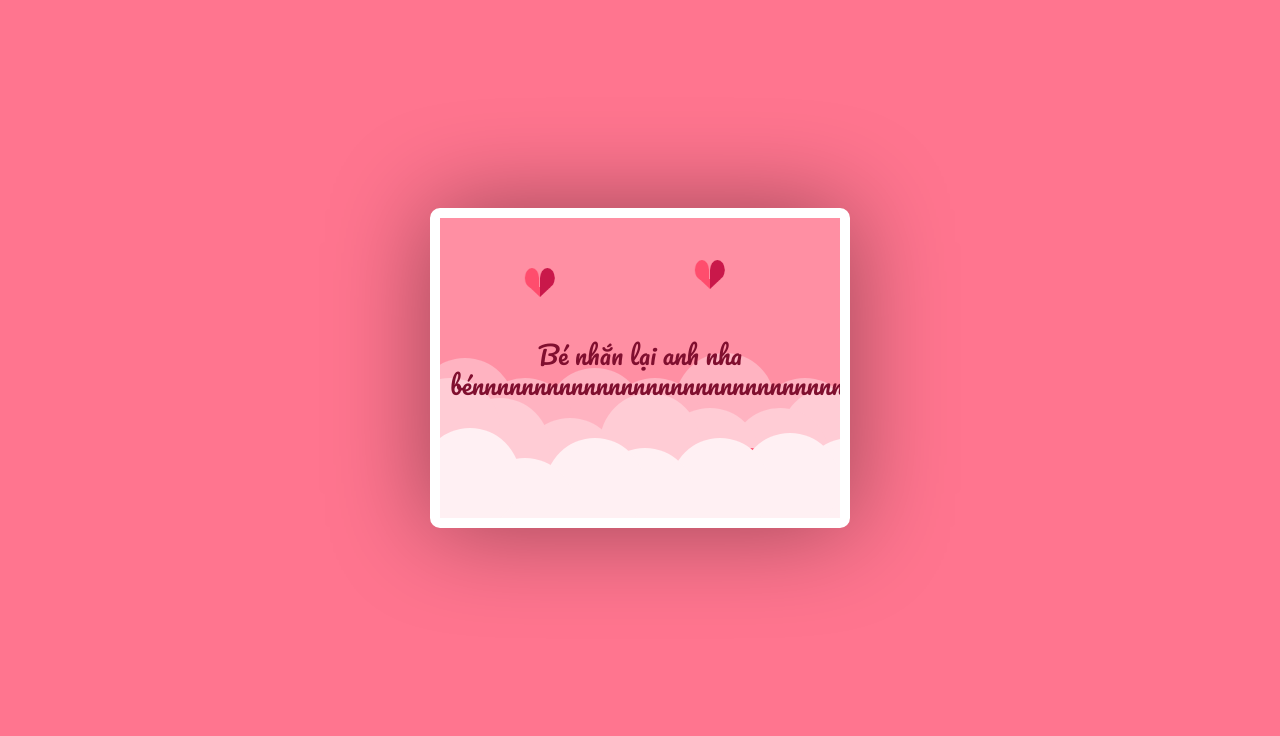
Repository: namtrung123456789/trannamtrung
Page: style.html
The author's editor kept a copy of each file at every save. The page is drawn from the files as they stood at one save, then again after the next save.
The browser window is 1280 px wide. The pictures show the whole page.
The pointer rests on the first visible `.text`.

Above is the page before, as saved 2024-07-28 19:59:02.

### style.html
<!DOCTYPE html>
<html lang="en">
<head>
    <meta charset="UTF-8">
    <meta name="viewport" content="width=device-width, initial-scale=1.0">
    <link rel="stylesheet" href="main.css">
    <title>Anh xin lỗi bé</title>
</head>
<body>
    <div class="happy-valentines">
        <div class="valentines-day-card">
          <div class="clouds"></div>
          <div class="hearts">
            <div class="heartOne">
              <div class="left-side"></div>
              <div class="right-side"></div>
            </div>
            <div class="heartTwo">
              <div class="left-side"></div>
              <div class="right-side"></div>
            </div>
                <div class="heartThree">
              <div class="left-side"></div>
              <div class="right-side"></div>
            </div>
             <div class="heartFour">
              <div class="left-side"></div>
              <div class="right-side"></div>
            </div>
             <div class="heartFive">
             <div class="left-side"></div>
              <div class="right-side"></div>
            </div>
          </div>
          <div class="text"><span>Anh xin lỗi bé</br> Trúc Ly nhiều</div>
        </div>

        </div>
</body>
</html>

### main.css
@import url('https://fonts.googleapis.com/css2?family=Pacifico&display=swap');

body {
  height: 100vh;
  display: flex;
  align-items: center;
  justify-content: center;
  background-color: #ff758f;
}

.valentines-day-card {
  position: relative;
  width: 400px;
  height: 300px;
  background-color: #ff8fa3;
  overflow: hidden;
  border:10px solid white;
  border-radius:10px;
  box-shadow: 0 0 100px rgba(0,0,0,.4);
}

.valentines-day-card:before {
  content:"";
  position: absolute;
  background-color: #ffb3c1;
  width:100px;
  height:100px;
  border-radius:50%;
  top:140px;
  left:-25px;
  box-shadow:60px 20px #ffb3c1,130px 10px #ffb3c1, 190px 20px #ffb3c1,260px -5px #ffb3c1, 340px 20px #ffb3c1;
}

.valentines-day-card:after {
  content:"";
  position: absolute;
  background-color: #ffccd5;
  width:100px;
  height:100px;
  border-radius:50%;
  top:160px;
  left:-40px;
  box-shadow: 50px 20px #ffccd5,120px 40px #ffccd5, 200px 15px #ffccd5,260px 30px #ffccd5, 330px 30px #ffccd5,380px 10px #ffccd5;
}

.clouds {
  position: absolute;
  width:100px;
  height:100px;
  border-radius:50%;
  background-color: #fff0f3;
  z-index:5;
  top:210px;
  left:-20px;
  box-shadow: 55px 30px #fff0f3, 125px 10px #fff0f3,175px 20px #fff0f3, 250px 10px #fff0f3, 320px 5px #fff0f3, 380px 10px #fff0f3;
}

.hearts {
  position: absolute;
  z-index:2;
}

.heartOne {
  position: absolute;
  left:100px;
  top:250px;
  animation: up 4s linear forwards 1s;
}

.heartTwo {
  position: absolute;
  left:270px;
  top:230px;
  animation: up 5s linear forwards 1.8s;
}

.heartThree {
  position: absolute;
  left:85px;
  top:415px;
  animation: up 5s linear forwards 3s;
}

.heartFour {
  position: absolute;
  left:320px;
  top:380px;
  animation: upTwo 9s linear infinite 3.5s;
}

.heartFive {
  position: absolute;
  left:150px;
  top:400px;
  animation: upTwo 13s linear infinite 4.5s;
}

.right-side:before, .right-side:after {
  position: absolute;
  content:"";
  transform-origin: left;
  animation: move 1s ease infinite;
}

.right-side:before {
  border-radius:50% 50% 50% 0;
  width:21px;
  height:20px;
  background-color: #c9184a;
  left:-0.26px;
}

.right-side:after {
  height:0;
  width:0;
  border-bottom:10px solid transparent;
  border-left: 15px solid #c9184a;
  top:19px;
  left:-0.26px;
}

@keyframes move {
  0%, 100% {transform: rotateY(0);}
  50% {transform: rotateY(-45deg);}
}

.left-side:before, .left-side:after {
  position: absolute;
  content:"";
  transform-origin: right;
  animation: move 1s ease infinite;
}

.left-side:before {
  border-radius:50% 50% 0 50%;
  width:20px;
  height:20px;
  left:-20.7px;
  background-color: #ff4d6d;
}

.left-side:after {
  height:0;
  width:0;
  left:-15px;
  border-bottom:10px solid transparent;
  border-right: 15px solid #ff4d6d;
  top:19px;
}

@keyframes up {
  0% {transform: translateY(0);}
  100% {transform: translateY(-200px);}
}

@keyframes upTwo {
  0% {transform: translateY(0);}
  100% {transform: translateY(-450px);}
}

.text {
  position: absolute;
  color: #800f2f;
  font-size:30px;
  font-family: 'Pacifico', cursive;
  line-height:1;
  text-align: center;
  width:380px;
  left:10px;
  z-index:3;
  top:320px;
  animation: up 1s ease forwards;
  transition: .2s;
}

.hover {
  color: white;
  font-family: 'Pacifico', cursive;
  text-align: center;
}

.text:hover span {
  display: none;
}

.text:hover:before {
  content:"Bé nhắn lại anh nha bénnnnnnnnnnnnnnnnnnnnnnnnnnnnnnnnnnn";
  font-size:25px;

}

After the next save:
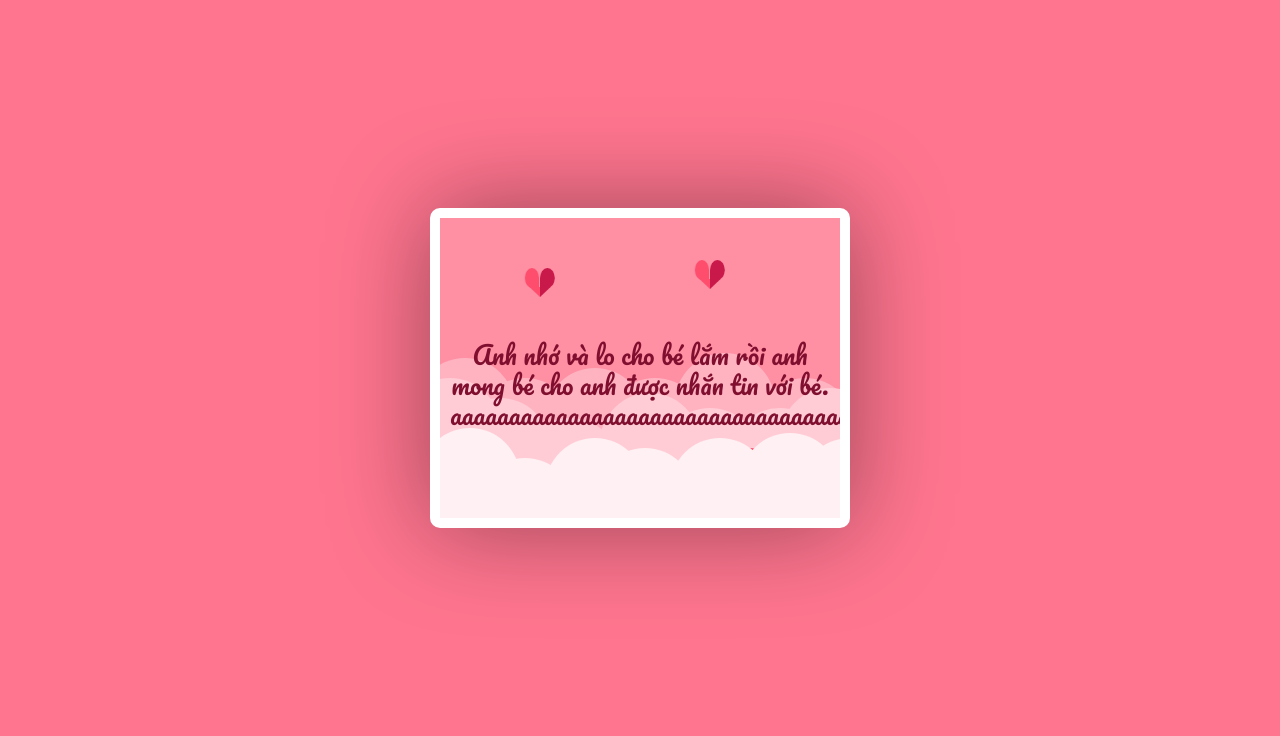
Saved 15 min 56 s later.
--- a/main.css
+++ b/main.css
@@ -184,7 +184,7 @@ body {
 }
 
 .text:hover:before {
-  content:"Bé nhắn lại anh nha bénnnnnnnnnnnnnnnnnnnnnnnnnnnnnnnnnnn";
+  content:"Anh nhớ và lo cho bé lắm rồi anh mong bé cho anh được nhắn tin với bé. aaaaaaaaaaaaaaaaaaaaaaaaaaaaaaaaaaaa";
   font-size:25px;
 
 }
